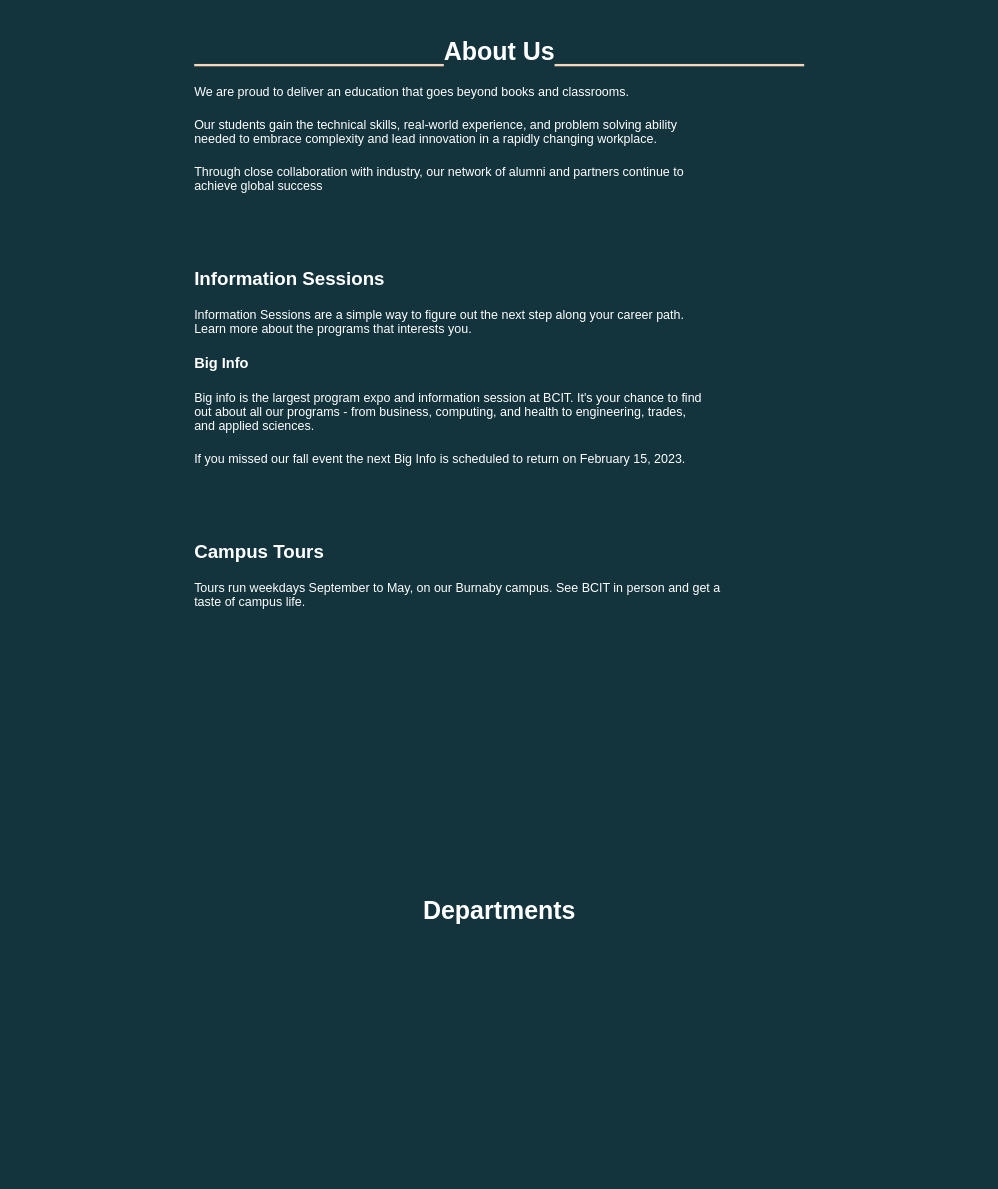
Repository: jennydmcm/assignment-1-playwright-site-A01338943
Page: /about
The author's editor kept a copy of each file at every save. The page is drawn from the files as they stood at one save, then again after the next save.
The browser window is 1280 px wide. The pictures show the whole page, at 78% of full size.
The project was rebuilt for these pictures with package versions that can differ from the ones it lists, and the page was loaded fresh each time. The framework's server and built-in components were replaced by stand-ins that run in the browser. Also part of the build but not shown: next.config.js.

Above is the page before, as saved 2023-02-08 13:27:37.

### pages/_app.js
import '../styles/globals.css'
import '../styles/variables.css'

function MyApp({ Component, pageProps }) {
  return <Component {...pageProps} />
}

export default MyApp

### pages/about.js
import Head from "next/head";
import Image from "next/image";
import { Inter } from "@next/font/google";
import styles from "@/styles/About.module.css";
const inter = Inter({ subsets: ["latin"] });

export default function Home() {
  return (
    <>
      <Head>
        <title>About Us</title>
        <meta name="description" content="Generated by create next app" />
        <meta name="viewport" content="width=device-width, initial-scale=1" />
        <meta name="author" content="MDIA 2109" />
        <meta property="og:title" content="Assignment #1 - About Us Page" />
        <meta
          property="og:description"
          content="BCIT Digital Design and Development Diploma"
        />
        <link rel="icon" href="/favicon.png" />
      </Head>
      <main className={styles.main}>
        <header>
          <div className={styles.about}>
            <div className={styles.header}>
              <hr className={styles.lines}></hr>
              <h1 className={styles.aboutTitle}>About Us</h1>
              <hr className={styles.lines}></hr>
            </div>
            <p className={styles.mainText}>
              We are proud to deliver an education that goes beyond books and
              classrooms.
            </p>
            <p className={styles.mainText}>
              Our students gain the technical skills, real-world experience, and
              problem solving ability <br></br>
              needed to embrace complexity and lead innovation in a rapidly
              changing workplace.
            </p>
            <p className={styles.mainText}>
              Through close collaboration with industry, our network of alumni
              and partners continue to <br></br>
              achieve global success
            </p>
          </div>
          <div className={styles.infosesh}>
            <h2>Information Sessions</h2>
            <p className={styles.mainText}>
              Information Sessions are a simple way to figure out the next step
              along your career path. <br></br>
              Learn more about the programs that interests you.
            </p>
            <h3 className={styles.bigInfo}>Big Info</h3>
            <p className={styles.mainText}>
              Big info is the largest program expo and information session at
              BCIT. It's your chance to find<br></br>
              out about all our programs - from business, computing, and health
              to engineering, trades,<br></br>
              and applied sciences.
            </p>
            <p className={styles.mainText}>
              If you missed our fall event the next Big Info is scheduled to
              return on February 15, 2023.
            </p>
          </div>

          <div className={styles.tours}>
            <h2>Campus Tours</h2>
            <p className={styles.mainText}>
              Tours run weekdays September to May, on our Burnaby campus. See
              BCIT in person and get a<br></br>
              taste of campus life.
            </p>
          </div>
          <div className={styles.dept}>
            <h1>Departments</h1>
          </div>
        </header>
        <a>
          <span>
            <img href="/upwardArrow.png"></img>
            <img href="downwardArrow.png"></img>
          </span>
        </a>
      </main>
    </>
  );
}

### styles/variables.css
:root{
    --primary-color: #fff;
    --secondary-color: #f4d6b9;
    --ternary-color: #14343d;
    --quaternary-color: #14343d;
    --quinary-color: rgba(16,46,53,0.5);

}

### styles/About.module.css
.main{
    background-color: var(--ternary-color);
    color: var(--primary-color);
    font-family: Arial, Helvetica, sans-serif;
    display: flex;
    flex-direction: column;
    align-items: center;
}
.about{
    display: flex;
    flex-direction: column;
    padding: 3rem;
    padding-bottom: 3rem;

}


.infosesh{
    display: flex;
    flex-direction: column;
    padding: 3rem;
    padding-bottom: 3rem;

}

.bigInfo{
    padding-top: 1.5rem;

}

.tours{
    display: flex;
    flex-direction: column;
    padding: 3rem;
    padding-bottom: 3rem;

}

.dept{
    display: flex;
    flex-direction: column;
    padding-top: 20rem;
    padding-bottom: 20rem;
    align-items: center;


}

.aboutTitle{
    display: flex;
    flex-direction: column;
    align-items: center;
}

.mainText{
    padding-top: 1.5rem;

}

.lines{
    border-top: none;
    border-bottom: 0.2rem solid var(--secondary-color);
    border-left: none;
    border-right: none;
    width: 20rem;
}
.header{
    display: flex;
    flex-direction: row;
}

Loaded but not shown: pages/_document.js (common file); styles/globals.css (common file)

After the next save:
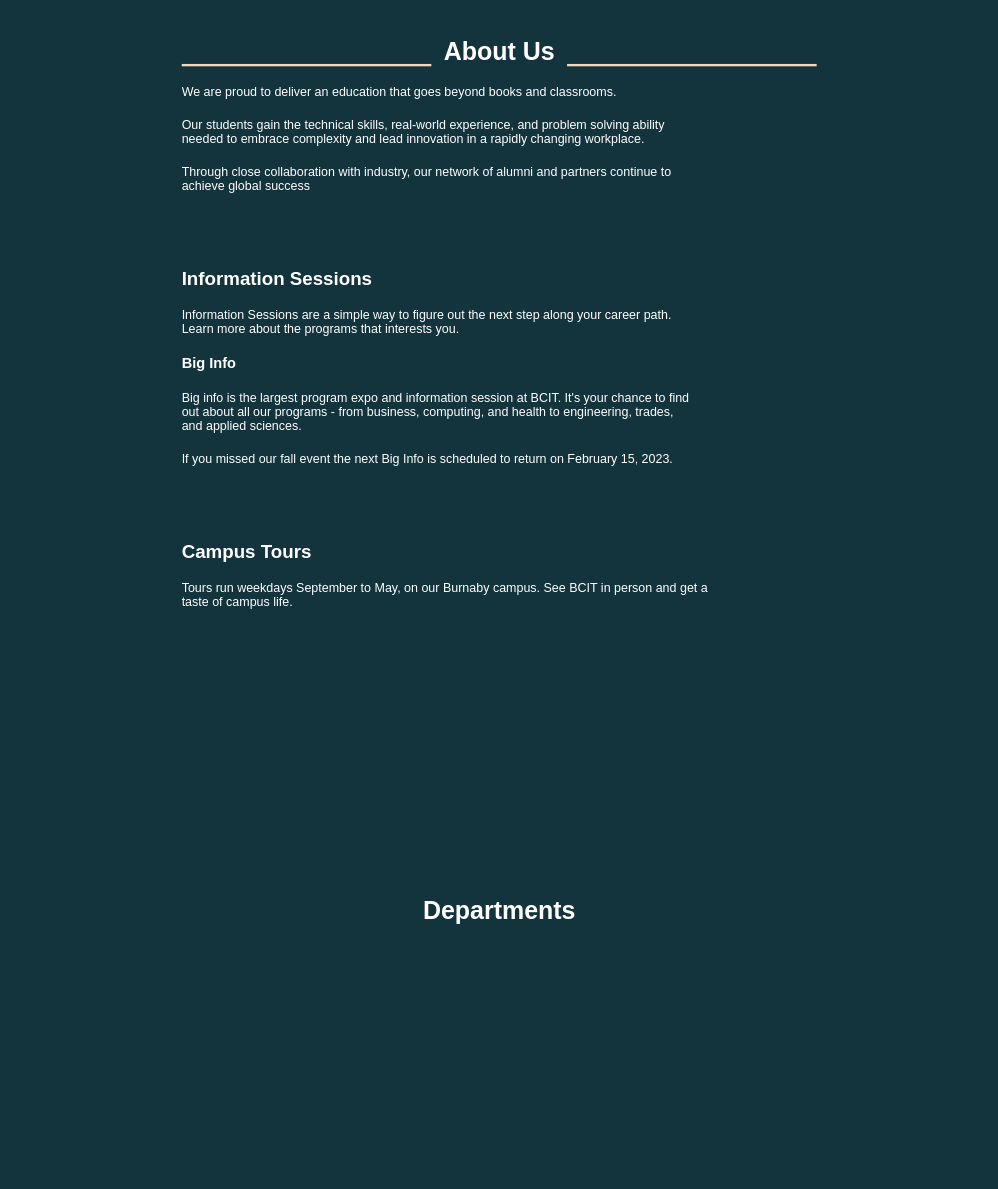
Saved 4 min 46 s later.
--- a/styles/About.module.css
+++ b/styles/About.module.css
@@ -50,6 +50,8 @@
     display: flex;
     flex-direction: column;
     align-items: center;
+    padding-left: 1rem;
+    padding-right: 1rem;
 }
 
 .mainText{
